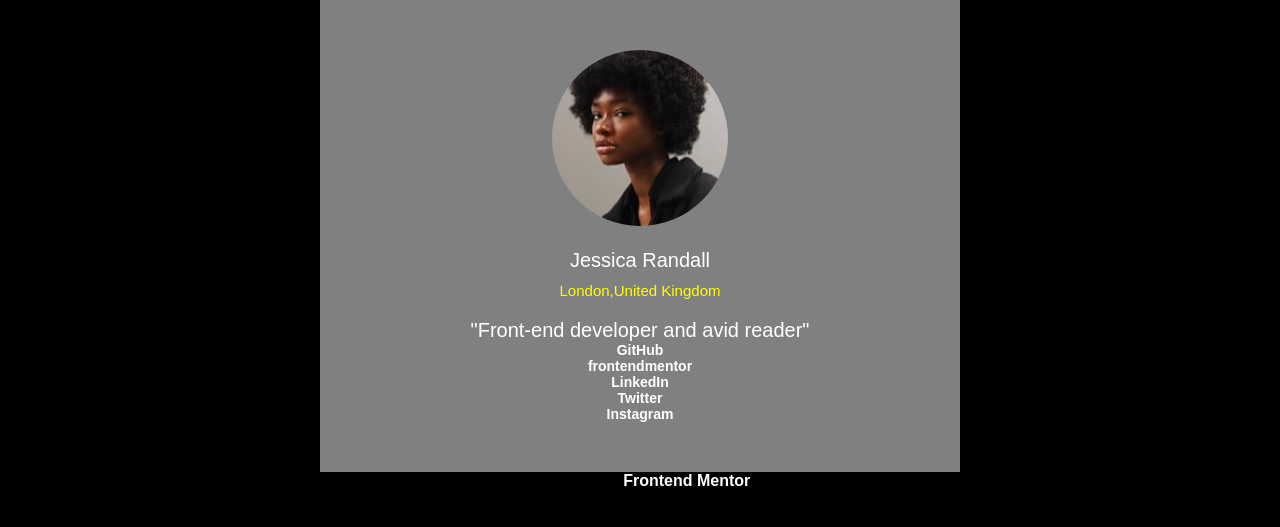
Repository: JosephAbatan05/Social-links-profile
Page: social-links-profile-main/index.html
These files come from the project's save history. The page is drawn as it stood at one moment and after the next save; the edit follows.
The browser window is 1280 px wide. The pictures show the whole page.

Above is the page before, as saved 2025-01-25 13:04:52.

After the next save:
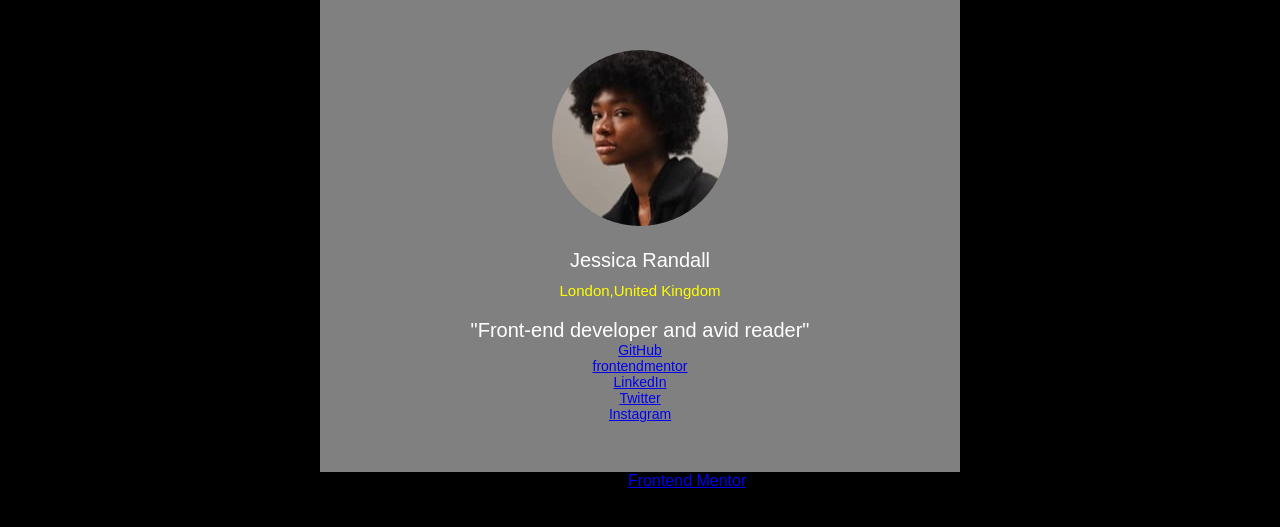
Saved 20 s later.
--- a/social-links-profile-main/styles.css
+++ b/social-links-profile-main/styles.css
@@ -50,17 +50,9 @@ img{
     max-width: 45%;
    margin-top: 5px;
    font-weight:bold;
+   background-color: hsl(0%, 0%, 20%);
+}
 
-}
-a{
-    background-color: hsl(0%, 0%, 20%);
-    text-decoration: none;
-    color: white;
-    font-weight: bold;
-    padding: 15px;
-    gap: 15px;
-    transition: background-color 0.3s ease, color 0.3s ease;
-}
 .attribution{
     text-align:center;
     text-decoration: none;
